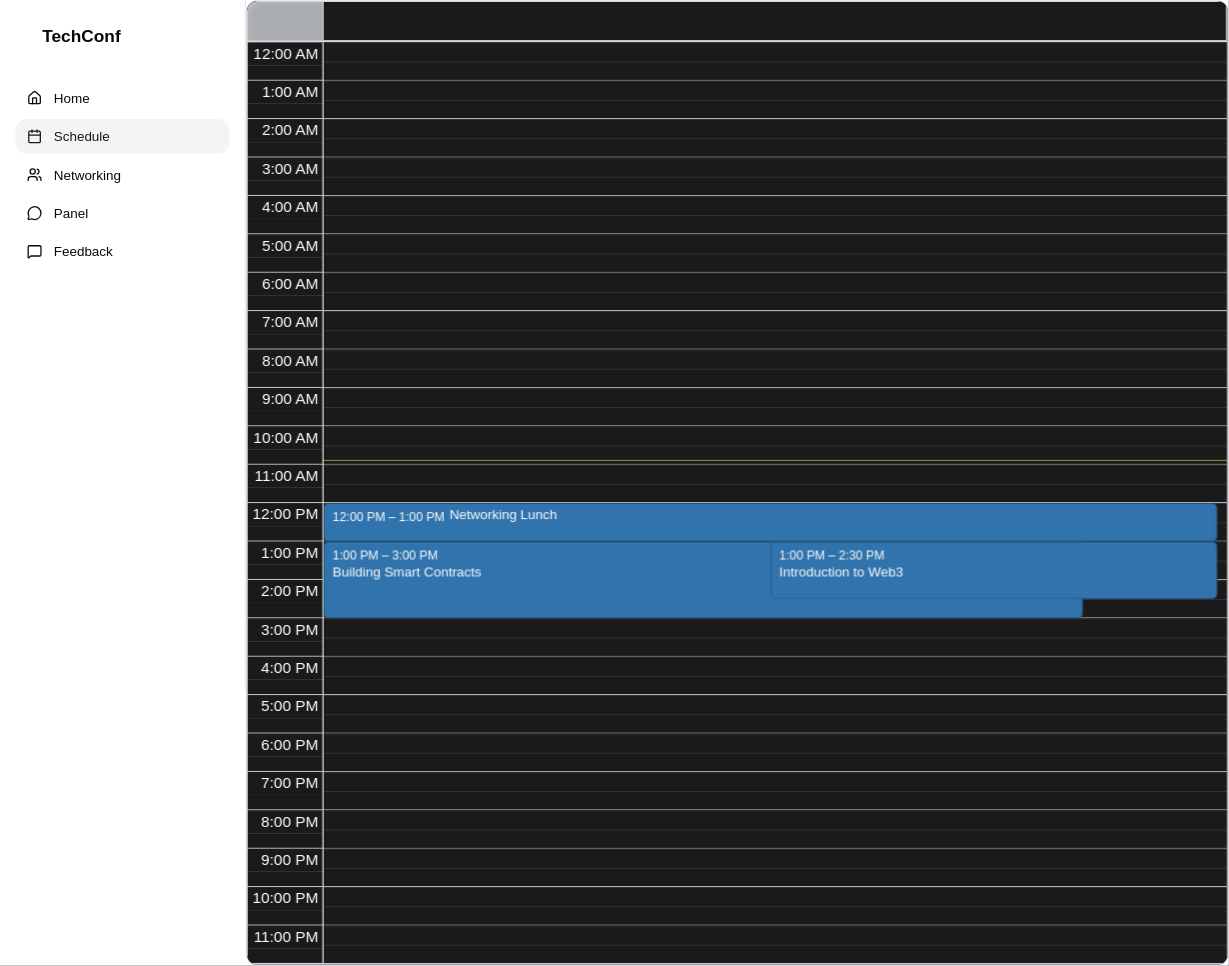
Repository: mrnavdal/symposium-2024
Page: /schedule (app in symposium24/)
The author's editor kept a copy of each file at every save. The page is drawn from the files as they stood at one save, then again after the next save.
The browser window is 1280 px wide. The pictures show the whole page, at 96% of full size.
The project was rebuilt for these pictures with package versions that can differ from the ones it lists, and the page was loaded fresh each time. The framework's server and built-in components were replaced by stand-ins that run in the browser. Also part of the build but not shown: symposium24/next.config.ts.

Above is the page before, as saved 2024-11-08 13:42:13.

After the next save:
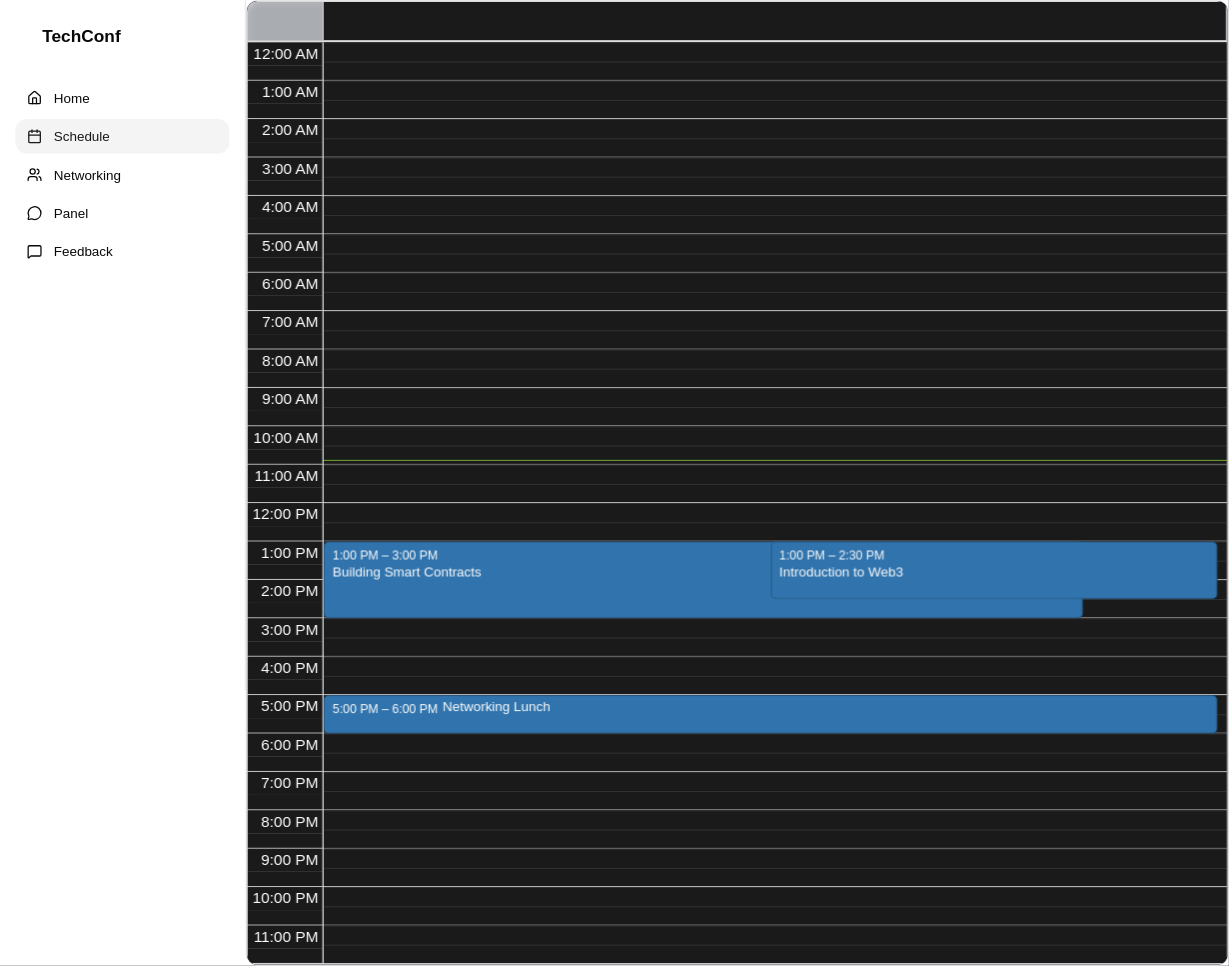
Saved 7 s later.
--- a/symposium24/src/data/events.ts
+++ b/symposium24/src/data/events.ts
@@ -25,8 +25,8 @@ export const events: CalendarEvent[] = [
     id: '3',
     title: 'Networking Lunch',
     type: 'networking',
-    start: new Date(2024, 10, 8, 12, 0),
-    end: new Date(2024, 10, 8, 13, 0),
+    start: new Date(2024, 10, 8, 17, 0),
+    end: new Date(2024, 10, 8, 18, 0),
     speaker: '',
     location: 'Dining Hall',
     description: 'Network with fellow attendees over lunch.'
